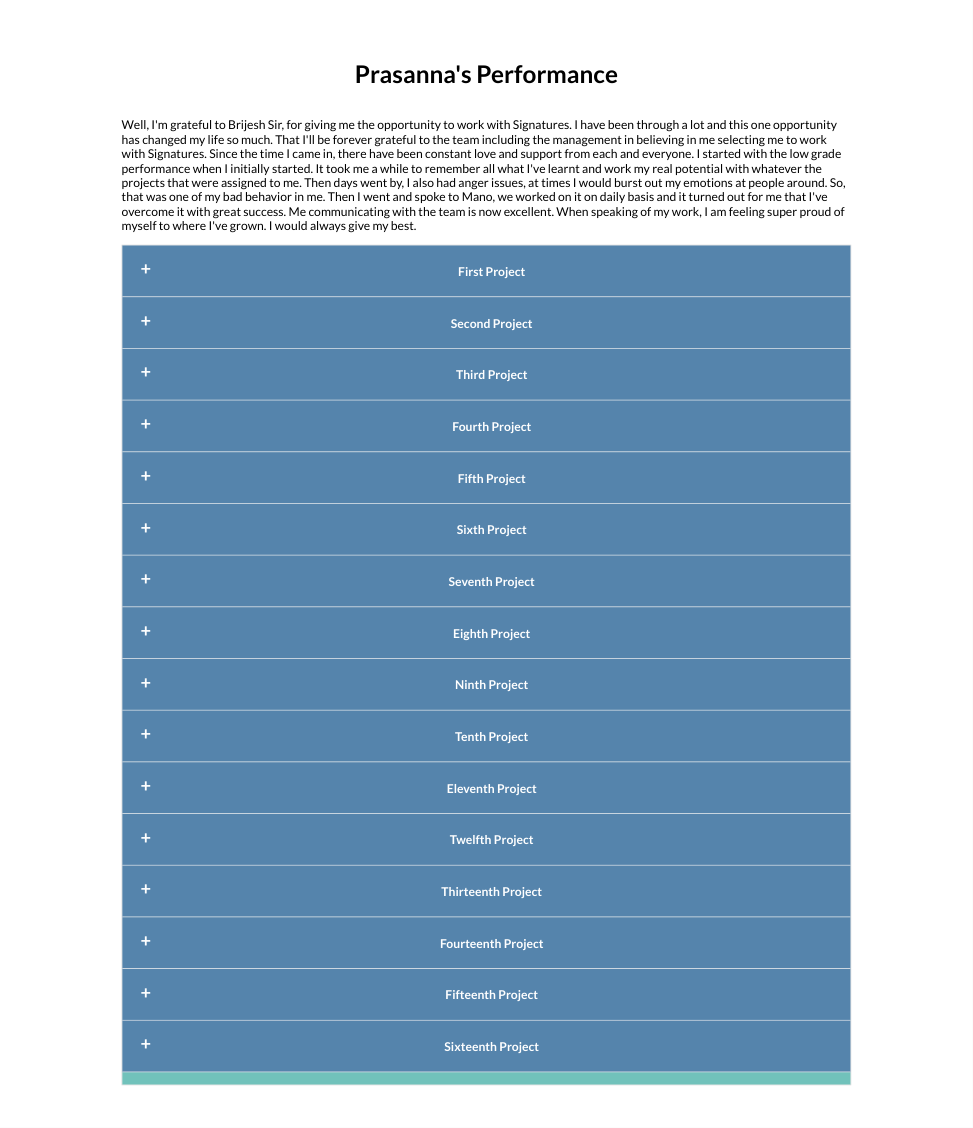
Repository: Imprasna/personalperform
Page: index.html
An editor plug-in stored every save of this project. The page is shown before and after a run of saves, followed by the edit.
The browser window is 1280 px wide. The pictures show the whole page, at 76% of full size.
The style sheet was rebuilt from its Sass, Less or Tailwind sources for each picture, by a compiler version that may differ from the author's.

Above is the page before, as saved 2021-12-30 23:16:05.

After the next 3 saves:
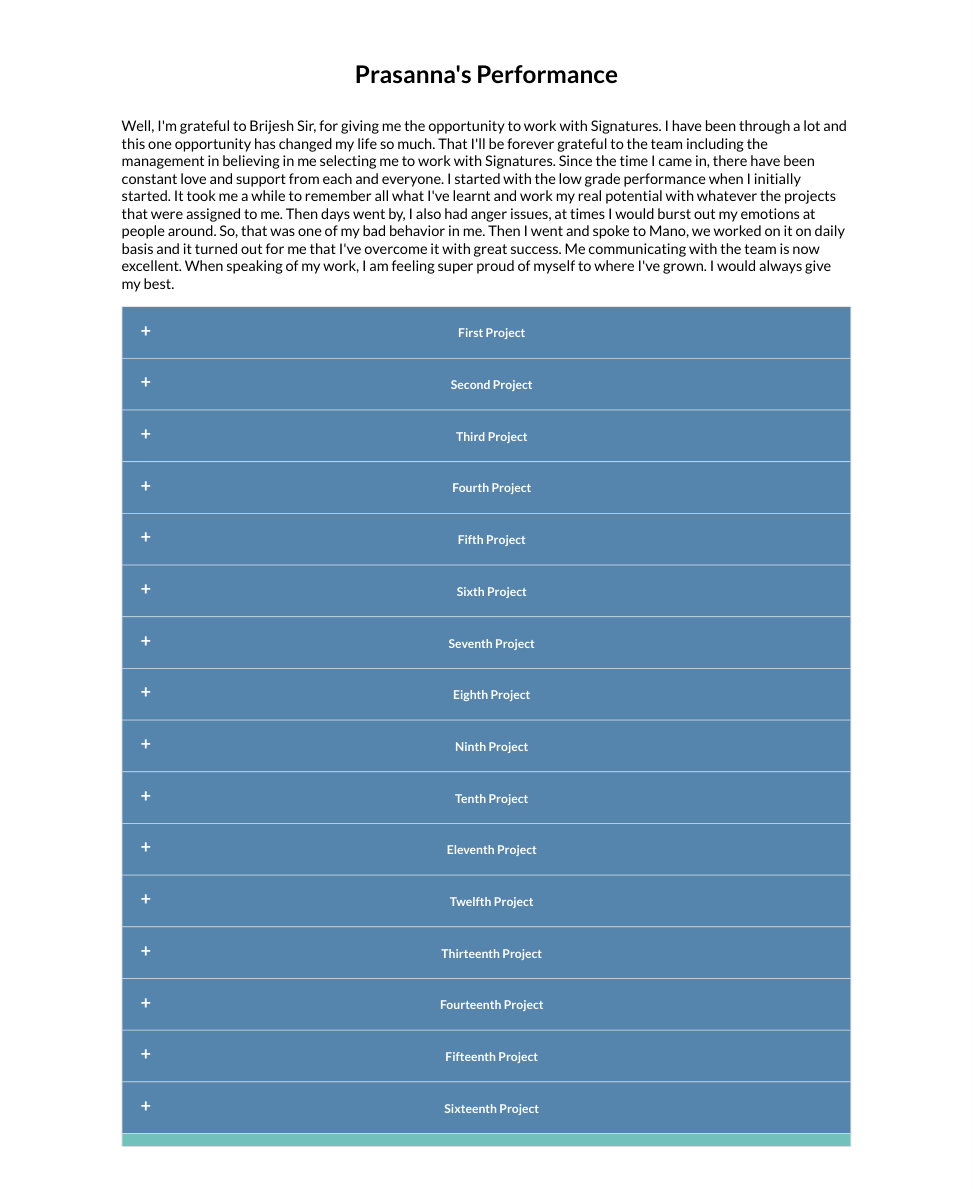
The 3 saves are shown as one change because they came seconds apart.
The last was saved 13 s later.
--- a/accordion.scss
+++ b/accordion.scss
@@ -12,6 +12,9 @@
     font-size:2em;
     padding:1rem 0;
     text-align:center;
+  }
+  .headingg {
+      font-size: 1.2rem;
   }
   .accordion dl,
   .accordion-list {
